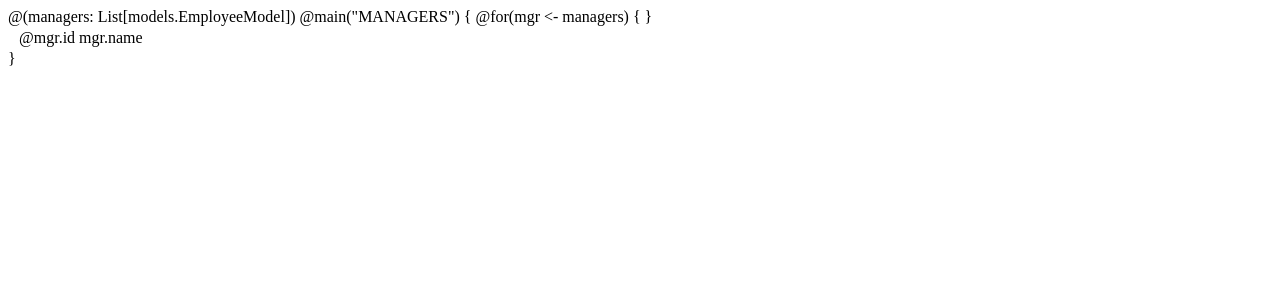
Repository: sumitkum200690/PLAY_SLICK
Page: Play_DB/app/views/managerPage.scala.html
An editor plug-in stored every save of this project. The page is shown before and after the next save, followed by the edit.
The browser window is 1280 px wide. The pictures show the whole page.

Above is the page before, as saved 2015-09-22 10:48:38.

After the next save:
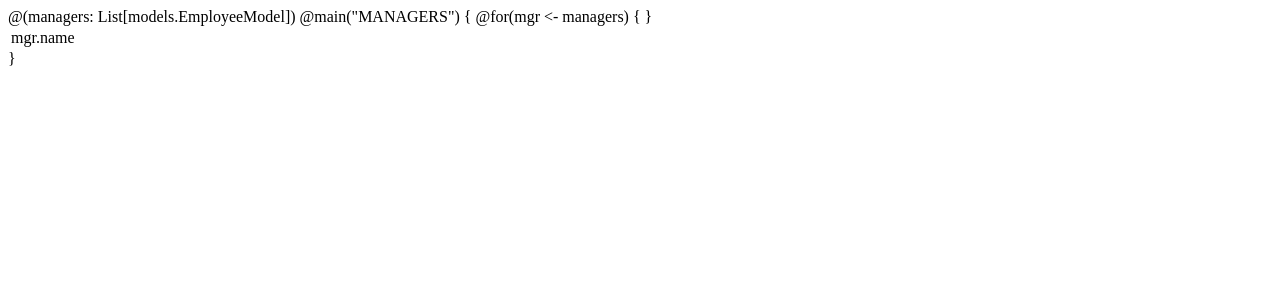
Saved 39 s later.
--- a/Play_DB/app/views/managerPage.scala.html
+++ b/Play_DB/app/views/managerPage.scala.html
@@ -10,7 +10,7 @@
 
 
 
-<tr><td> &nbsp;&nbsp;@mgr.id </td><td>mgr.name</td></tr>
+<tr><td>mgr.name</td></tr>
 
 
 
